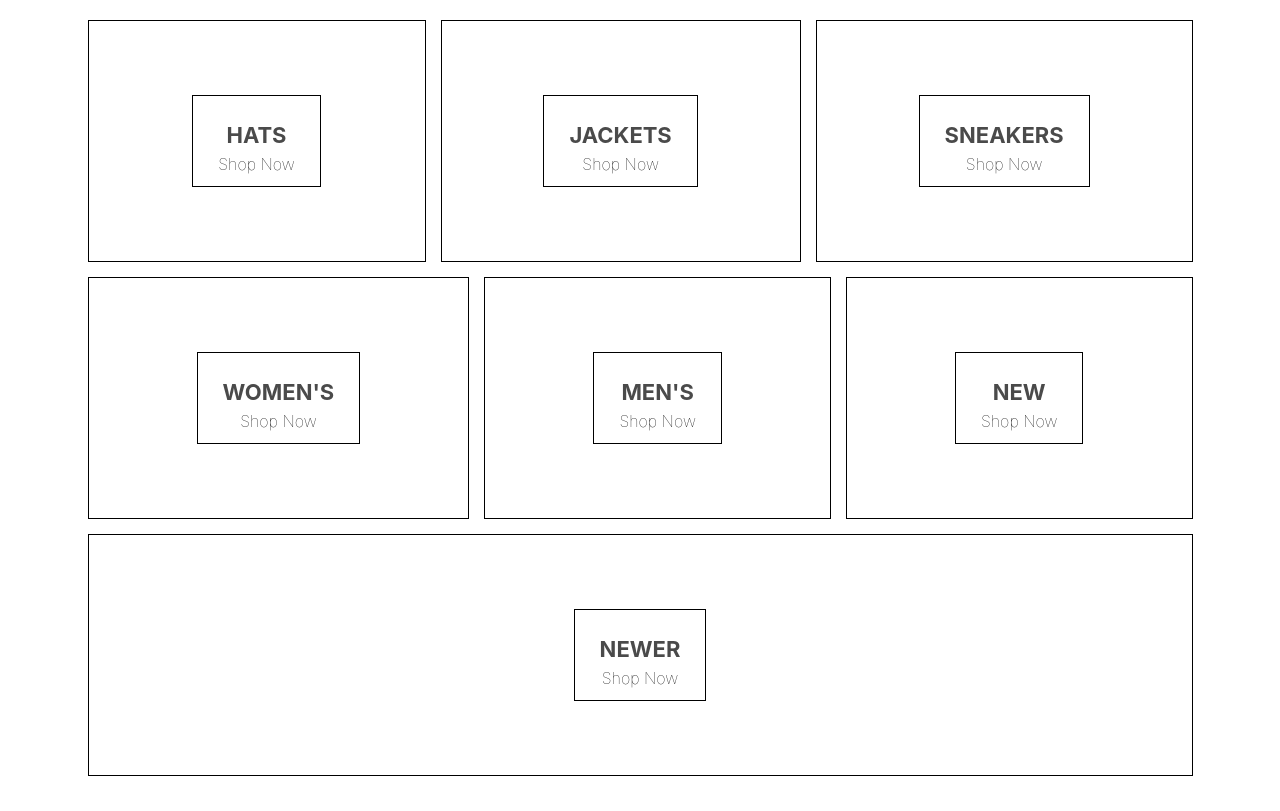
Repository: MikeTroianello/commerce-store
Page: /
An editor plug-in stored every save of this project. The page is shown before and after the next save, followed by the edit.
The browser window is 1280 px wide. The pictures show the whole page.
The project was rebuilt for these pictures with package versions that can differ from the ones it lists, and the page was loaded fresh each time. Also part of the build but not shown: src/App.css.

Above is the page before, as saved 2019-09-09 19:02:08.

### src/App.js
import React from 'react';

import Homepage from './Homepage.component';

import './App.css';

function App() {
  return (
    <div>
      <Homepage />
    </div>
  );
}

export default App;

### src/Homepage.component.js
import React from 'react';
import './Homepage.styles.scss';

export default function Homepage() {
  return (
    <div className='homepage'>
      <div className='directory-menu'>
        <div className='menu-item'>
          <div className='content'>
            <h1 className='title'>HATS</h1>
            <span className='subtitle'>Shop Now</span>
          </div>
        </div>

        <div className='menu-item'>
          <div className='content'>
            <h1 className='title'>JACKETS</h1>
            <span className='subtitle'>Shop Now</span>
          </div>
        </div>

        <div className='menu-item'>
          <div className='content'>
            <h1 className='title'>SNEAKERS</h1>
            <span className='subtitle'>Shop Now</span>
          </div>
        </div>
        <div className='menu-item'>
          <div className='content'>
            <h1 className='title'>WOMEN'S</h1>
            <span className='subtitle'>Shop Now</span>
          </div>
        </div>
        <div className='menu-item'>
          <div className='content'>
            <h1 className='title'>MEN'S</h1>
            <span className='subtitle'>Shop Now</span>
          </div>
        </div>
        <div className='menu-item'>
          <div className='content'>
            <h1 className='title'>NEW</h1>
            <span className='subtitle'>Shop Now</span>
          </div>
        </div>
        <div className='menu-item'>
          <div className='content'>
            <h1 className='title'>NEWER</h1>
            <span className='subtitle'>Shop Now</span>
          </div>
        </div>
      </div>
    </div>
  );
}

### src/Homepage.styles.scss
.homepage {
  display: flex;
  flex-direction: column;
  align-items: center;
  padding: 20px 80px;
}

.directory-menu {
  width: 100%;
  display: flex;
  flex-wrap: wrap;
  justify-content: space-between;
}

.menu-item {
  min-width: 30%;
  height: 240px;
  flex: 1 1 auto;
  display: flex;
  align-items: center;
  justify-content: center;
  border: 1px solid black;
  margin: 0 7.5px 15px;

  &:first-child {
    margin-right: 7.5px;
  }

  &:last-child {
    margin-left: 7.5px;
  }

  .content {
    height: 90px;
    padding: 0 25px;
    display: flex;
    flex-direction: column;
    align-items: center;
    justify-content: center;
    border: 1px solid black;

    .title {
      font-weight: bold;
      margin-bottom: 6px;
      font-size: 22px;
      color: #4a4a4a;
    }

    .subtitle {
      font-weight: lighter;
      font-size: 16px;
    }
  }
}

Loaded but not shown: public/index.html (common file); src/index.js (common file); src/index.css (common file)

After the next save:
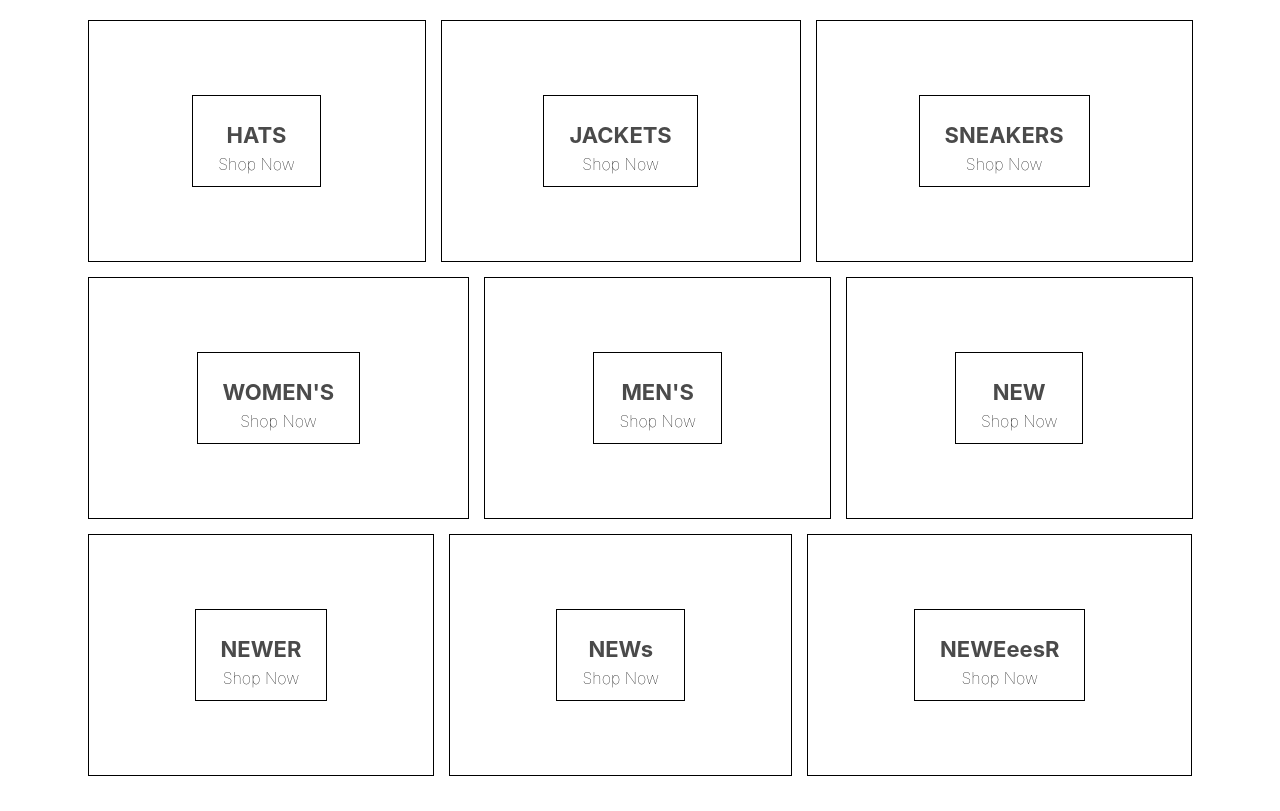
Saved 14 s later.
--- a/src/Homepage.component.js
+++ b/src/Homepage.component.js
@@ -49,6 +49,18 @@ export default function Homepage() {
             <span className='subtitle'>Shop Now</span>
           </div>
         </div>
+        <div className='menu-item'>
+          <div className='content'>
+            <h1 className='title'>NEWs</h1>
+            <span className='subtitle'>Shop Now</span>
+          </div>
+        </div>
+        <div className='menu-item'>
+          <div className='content'>
+            <h1 className='title'>NEWEeesR</h1>
+            <span className='subtitle'>Shop Now</span>
+          </div>
+        </div>
       </div>
     </div>
   );
